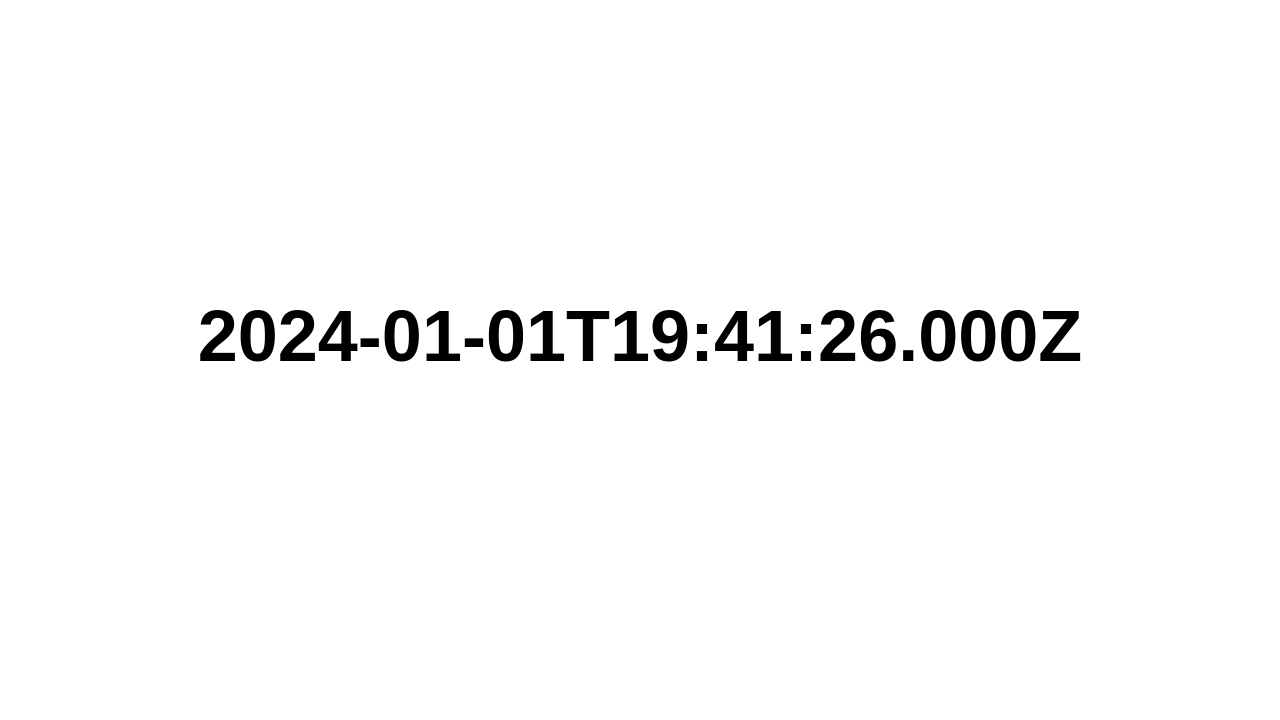
Repository: end888160/end888160.github.io
Page: clock_utc_iso8601.html
An editor plug-in stored every save of this project. The page is shown before and after the next save, followed by the edit.
The browser window is 1280 px wide. The pictures show the whole page.

Above is the page before, as saved 2024-09-22 08:52:03.

### clock_utc_iso8601.html
<!DOCTYPE html>
<head>
	<meta charset="UTF-8">
	<meta name="viewport" content="width=device-width, initial-scale=1.0">
	<title>Simple ISO8601 Time</title>
	<style>
	h1{
		text-align: center;
		text-align-last: center;
		justify-content: center;
		display: flex;
		height: 80vh;
		align-items: center;
		font-size: 72px;
		font-family: Arial, Helvetica, sans-serif;

	}
	body {
		overflow: hidden; /* Hide scrollbars */
	}
	@media (prefers-color-scheme: light) {
		body {
		background-color: white;
		color: black;
		}
	}
	@media (prefers-color-scheme: dark) {
		body {
		background-color: black;
		color: white;
		}
	}

	</style>
</head>
<body>
	<div id="clock">
		<h1 id="datetime"></h1>
	</div>
	<script>
		function clock() {
			var today = new Date();

			var year = today.getUTCFullYear();
			var months = today.getUTCMonth() + 1;
			var days = today.getUTCDate();
			var hours = today.getUTCHours();
			var minutes = today.getUTCMinutes();
			var seconds = today.getUTCSeconds();
			var mseconds = today.getUTCMilliseconds();

			var month = months < 10 ? "0" + months : months;
			var day = days < 10 ? "0" + days : days;
			var hour = hours < 10 ? "0" + hours : hours;
			var minute = minutes < 10 ? "0" + minutes : minutes;
			var second = seconds < 10 ? "0" + seconds : seconds;
			var msecond = mseconds < 10 ? "0" + "0" + mseconds : mseconds < 100 ? "0" + mseconds : mseconds;
			var date = year + "-" + month + "-" + day;
			var time = hour + ":" + minute + ":" + second + "." + msecond;
			var dateTime = date + "T" + time + "Z";
			document.getElementById("datetime").innerHTML = dateTime;
			setTimeout(clock, 1);
		}
	clock()
	</script>
</body>
</html>

After the next save:
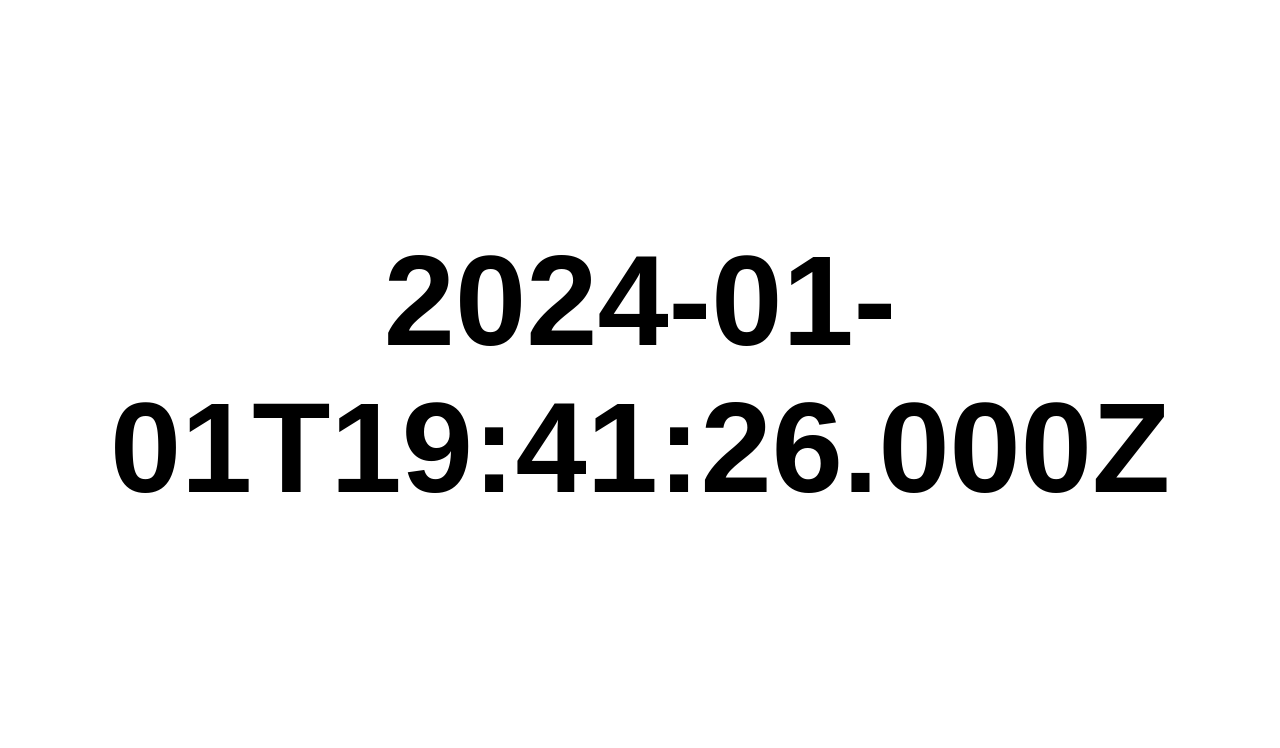
Saved 10 s later.
--- a/clock_utc_iso8601.html
+++ b/clock_utc_iso8601.html
@@ -11,8 +11,8 @@
 		display: flex;
 		height: 80vh;
 		align-items: center;
-		font-size: 72px;
-		font-family: Arial, Helvetica, sans-serif;
+		font-size: 10vw;
+		font-family: Arial, Helvetica, "Noto Sans", sans-serif;
 
 	}
 	body {
@@ -59,6 +59,7 @@
 			var time = hour + ":" + minute + ":" + second + "." + msecond;
 			var dateTime = date + "T" + time + "Z";
 			document.getElementById("datetime").innerHTML = dateTime;
+			document.title = hour + ":" + minute + ":" + second + " UTC";
 			setTimeout(clock, 1);
 		}
 	clock()
